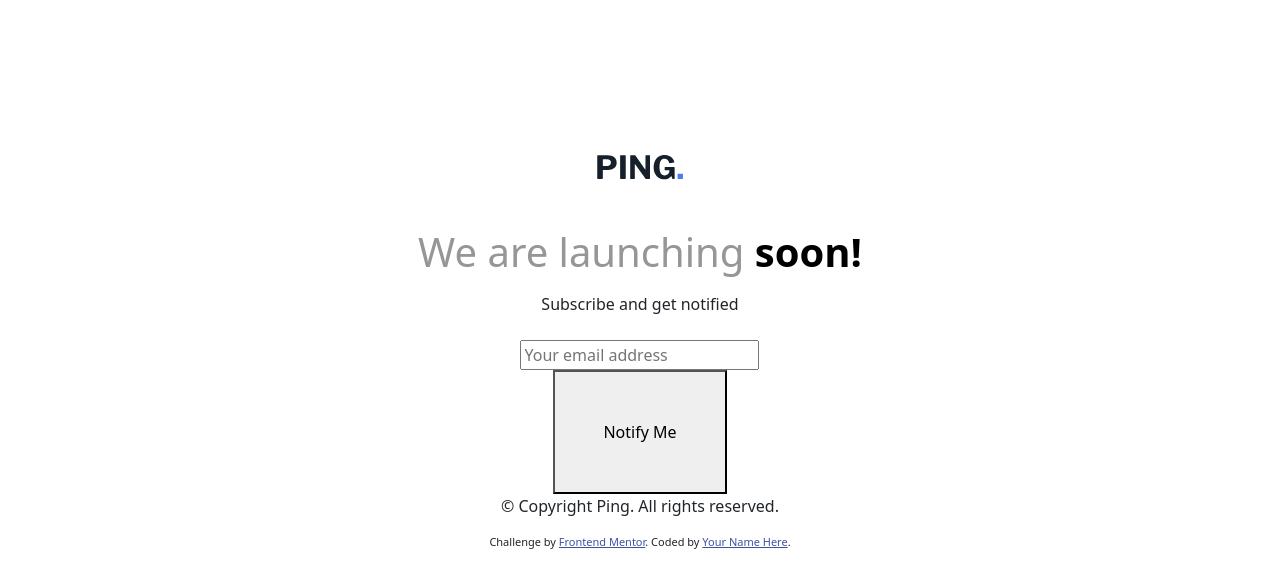
Repository: blordeus/ping-coming-soon-page-master
Page: index.html
An editor plug-in stored every save of this project. The page is shown before and after the next save, followed by the edit.
The browser window is 1280 px wide. The pictures show the whole page.
The style sheet was rebuilt from its Sass, Less or Tailwind sources for each picture, by a compiler version that may differ from the author's.

Above is the page before, as saved 2023-08-31 11:18:00.

After the next save:
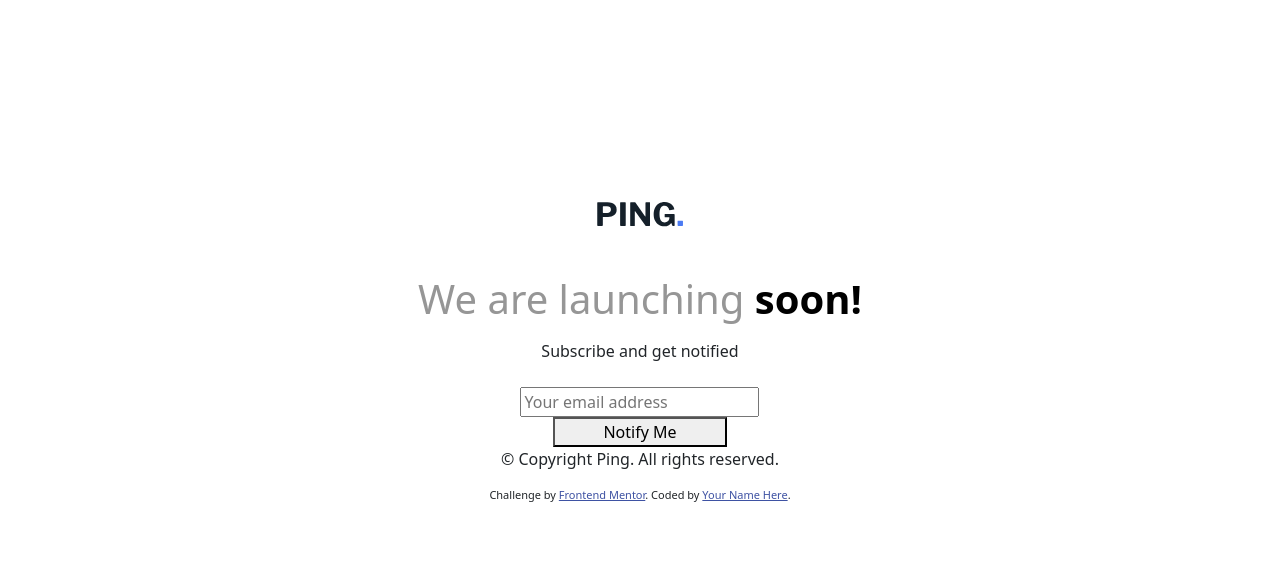
Saved 4 s later.
--- a/index.html
+++ b/index.html
@@ -22,7 +22,7 @@
     <div >
       <input class="" type="email" placeholder="Your email address">
       <br>
-      <button class="p-5">Notify Me</button>
+      <button class="px-5">Notify Me</button>
     </div>
 
     <p>&copy; Copyright Ping. All rights reserved.</p>
